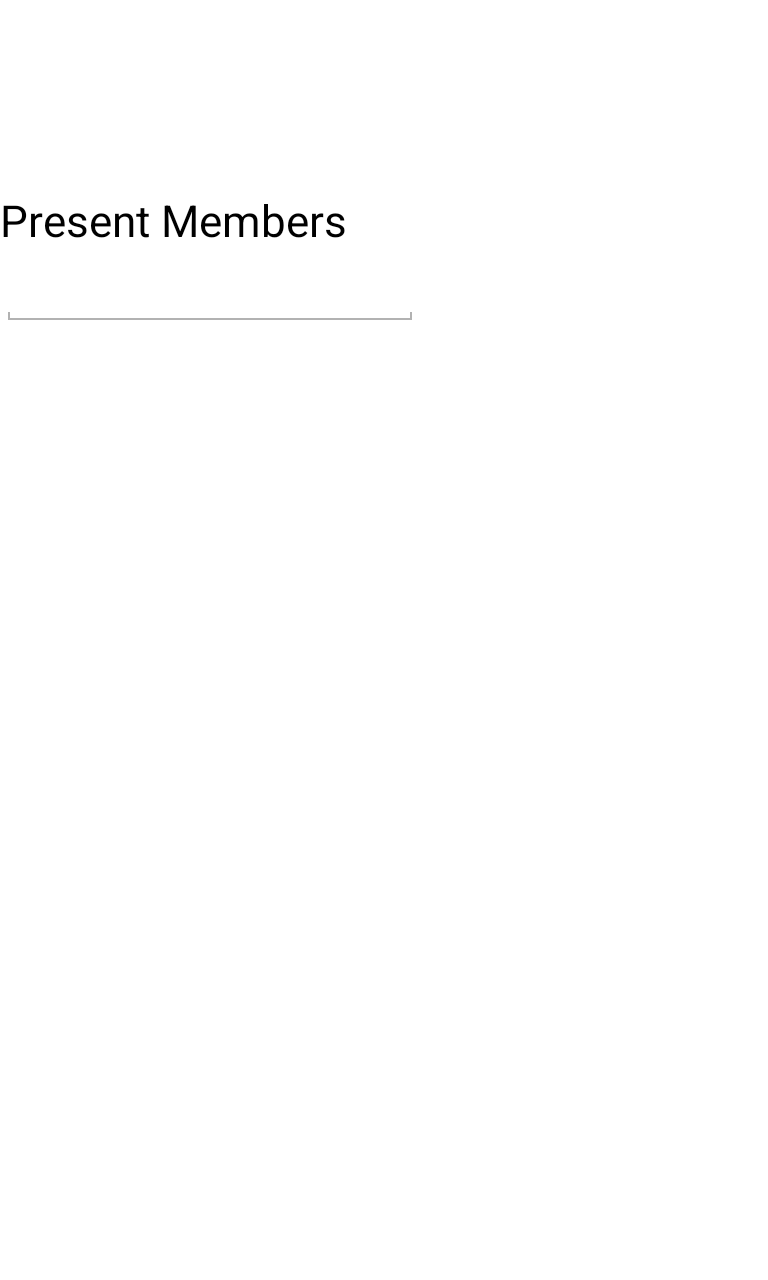
Repository: MarcoRieger/sw14_free_04_new
Layout: RWDMember/res/layout/fragment_statistic.xml
These files come from the project's save history. The layout is drawn as it stood at one moment and after the next save; the edit follows.
It is drawn on a 768 x 1280 px phone screen (xhdpi) without system bars, with theme AppTheme; the app's code is not run.

Above is the layout before, as saved 2014-06-17 13:06:16.

After the next save:
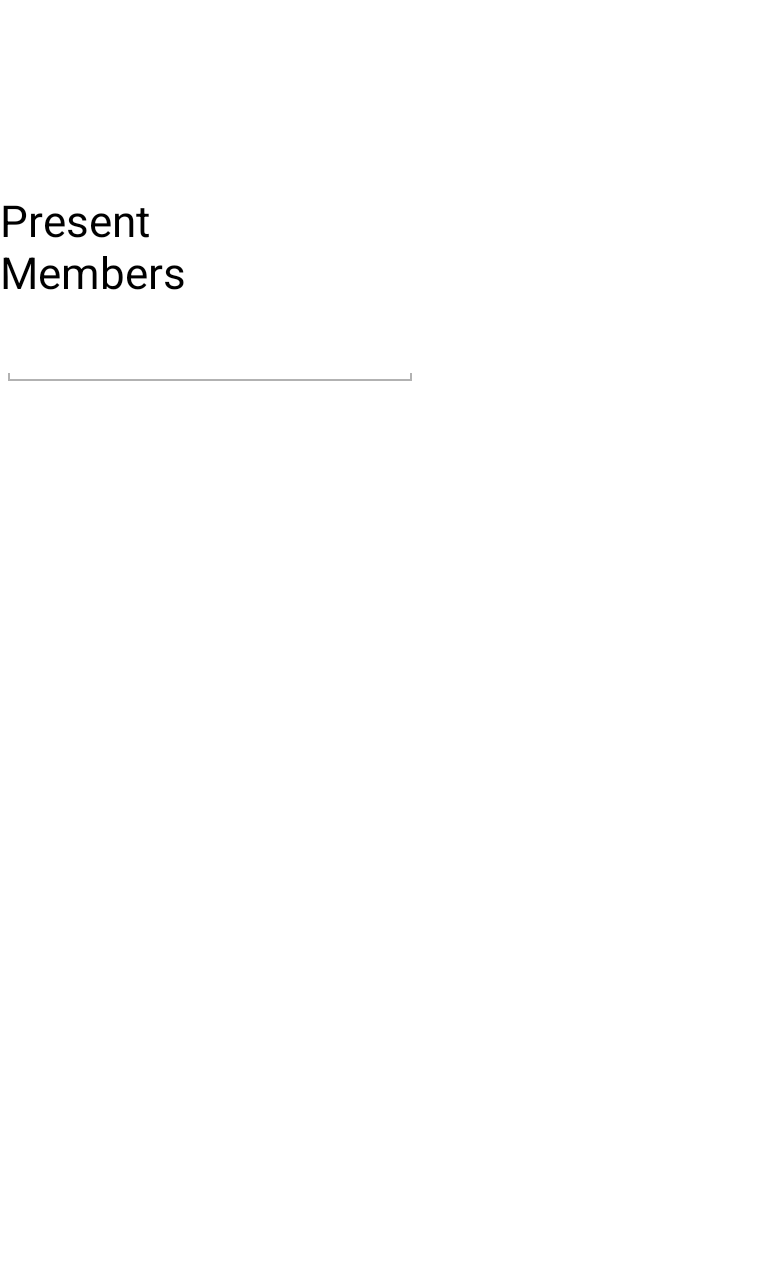
Saved 18 s later.
--- a/RWDMember/res/layout/fragment_statistic.xml
+++ b/RWDMember/res/layout/fragment_statistic.xml
@@ -6,8 +6,8 @@
 
     <TextView
         android:id="@+id/textView1"
-        android:layout_width="wrap_content"
-        android:layout_height="wrap_content"
+        android:layout_width="100dip"
+        android:layout_height="60dip"
         android:layout_marginTop="95dp"
         android:text="Present Members"
         android:textAppearance="?android:attr/textAppearanceLarge" />

After the save that followed:
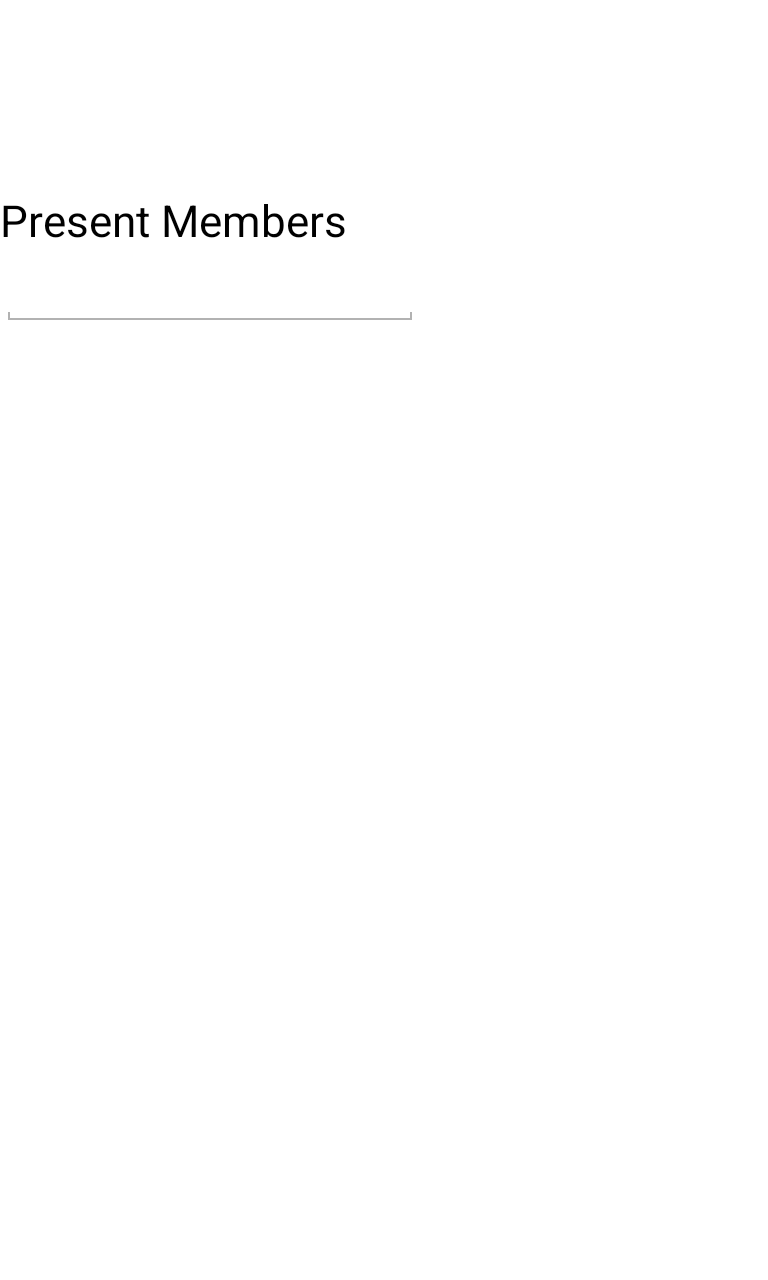
Saved 26 s later.
--- a/RWDMember/res/layout/fragment_statistic.xml
+++ b/RWDMember/res/layout/fragment_statistic.xml
@@ -6,8 +6,10 @@
 
     <TextView
         android:id="@+id/textView1"
-        android:layout_width="100dip"
-        android:layout_height="60dip"
+        android:layout_width="wrap_content"
+        android:layout_height="wrap_content"
+        android:layout_alignParentTop="true"
+        android:layout_centerHorizontal="true"
         android:layout_marginTop="95dp"
         android:text="Present Members"
         android:textAppearance="?android:attr/textAppearanceLarge" />
